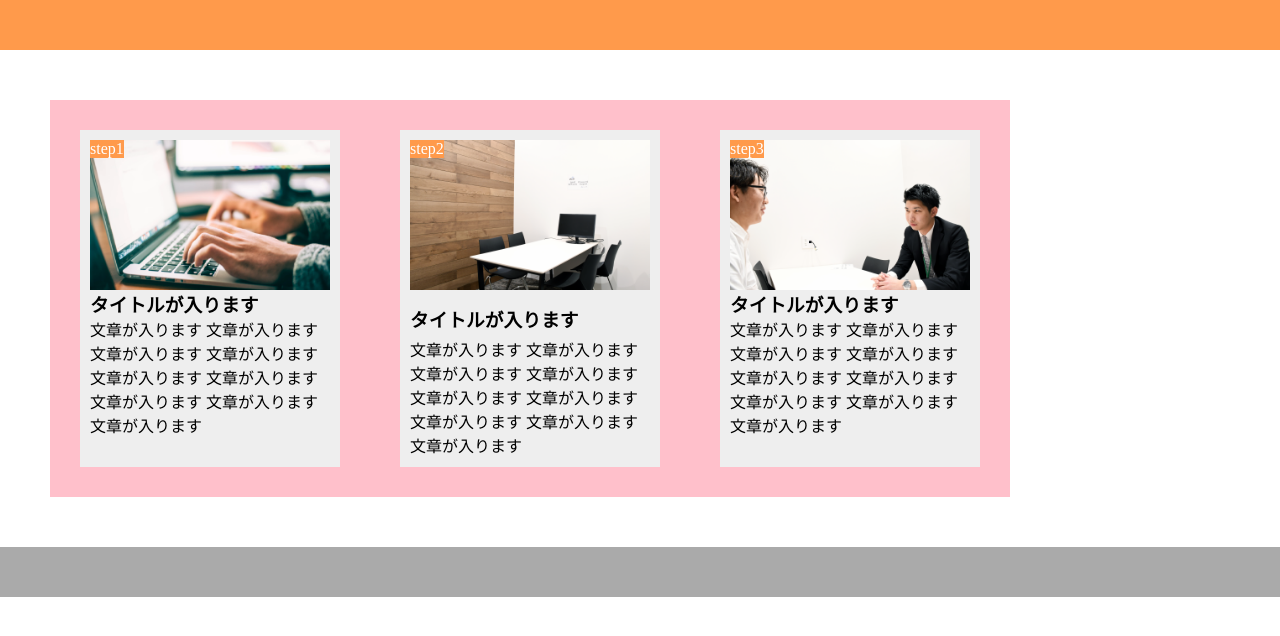
Repository: shizuki-okuma/dmm-webcamp
Page: chapter9_exercise/chapter9_exercise.html
The author's editor kept a record of every edit. The page is drawn from the files as they stood at one moment, then again after the next edit.
The browser window is 1280 px wide. The pictures show the whole page.

Above is the page before.

After the next edit:
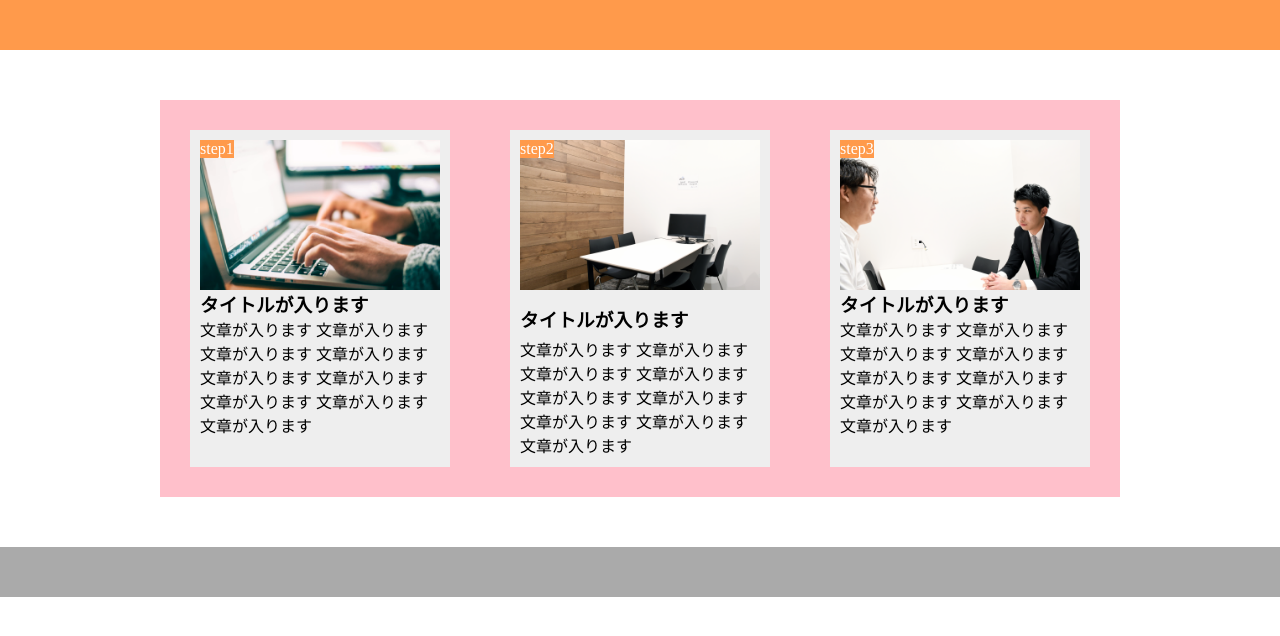
The edit:
--- a/chapter9_exercise/style9.css
+++ b/chapter9_exercise/style9.css
@@ -13,7 +13,7 @@
   background-color: pink;
   display: flex;
   justify-content: center;
-  margin: 50px;
+  margin: 50px auto;
 }
 
 .icon {
